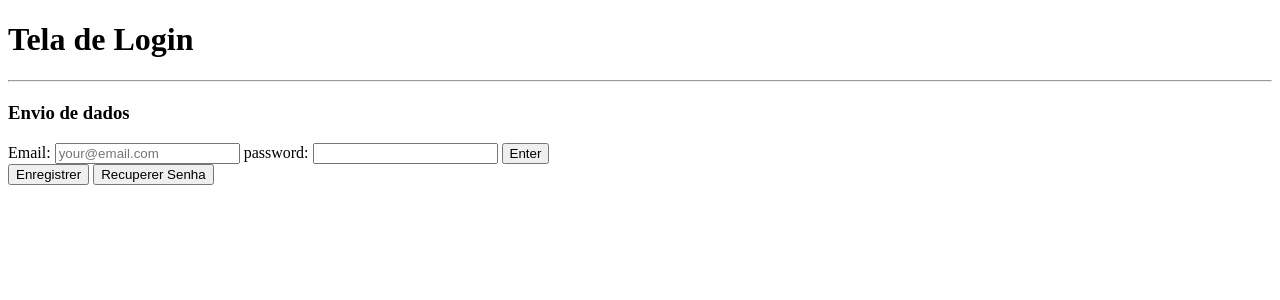
Repository: MarcioFreitasUFSC21/FrontEnd-part-1
Page: index.html
An editor plug-in stored every save of this project. The page is shown before and after the next save, followed by the edit.
The browser window is 1280 px wide. The pictures show the whole page.

Above is the page before, as saved 2023-04-22 19:34:28.

After the next save:
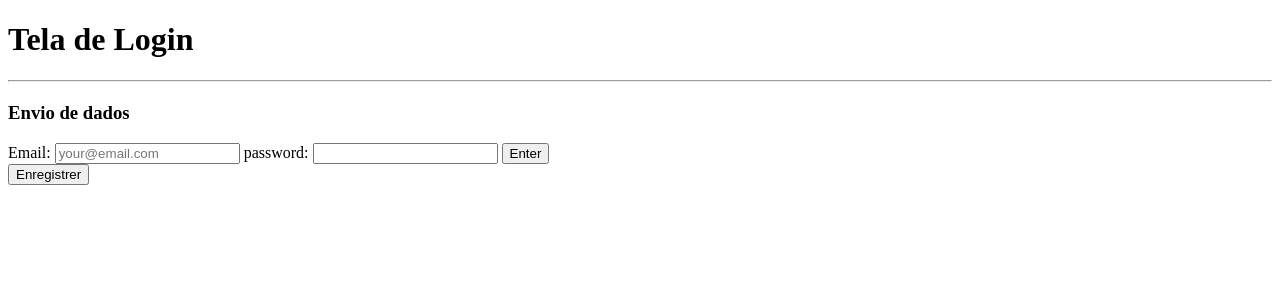
Saved 20 s later.
--- a/index.html
+++ b/index.html
@@ -17,7 +17,7 @@
                 <label type = "password"> password: </label> <input type = "password"> </input>
                 <button type = "button" action = "save" onclick="alert('exemple')"> Enter</button><br>
                 <button type = "button">Enregistrer</button>
-                <button type = "button">Recuperer Senha</button>
+
             </h2>
         </div>
     </form>
